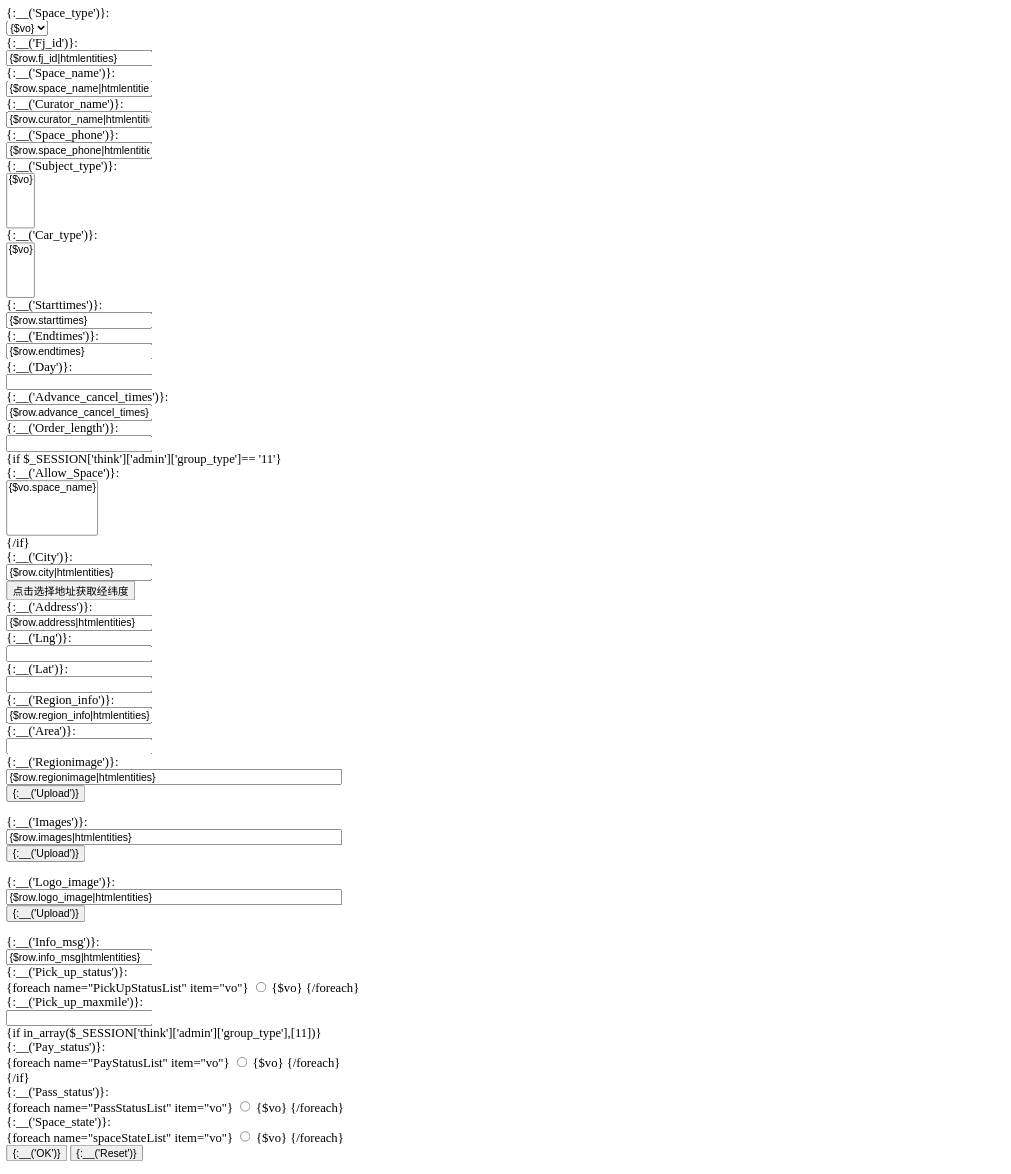
Repository: Akarin-Akari/xiaomaguantest
Page: application/admin/view/spaceconfig/space/edit.html
An editor plug-in stored every save of this project. The page is shown before and after the next save, followed by the edit.
The browser window is 1280 px wide. The pictures show the whole page, at 79% of full size.

Above is the page before, as saved 2024-01-24 17:52:41.

After the next save:
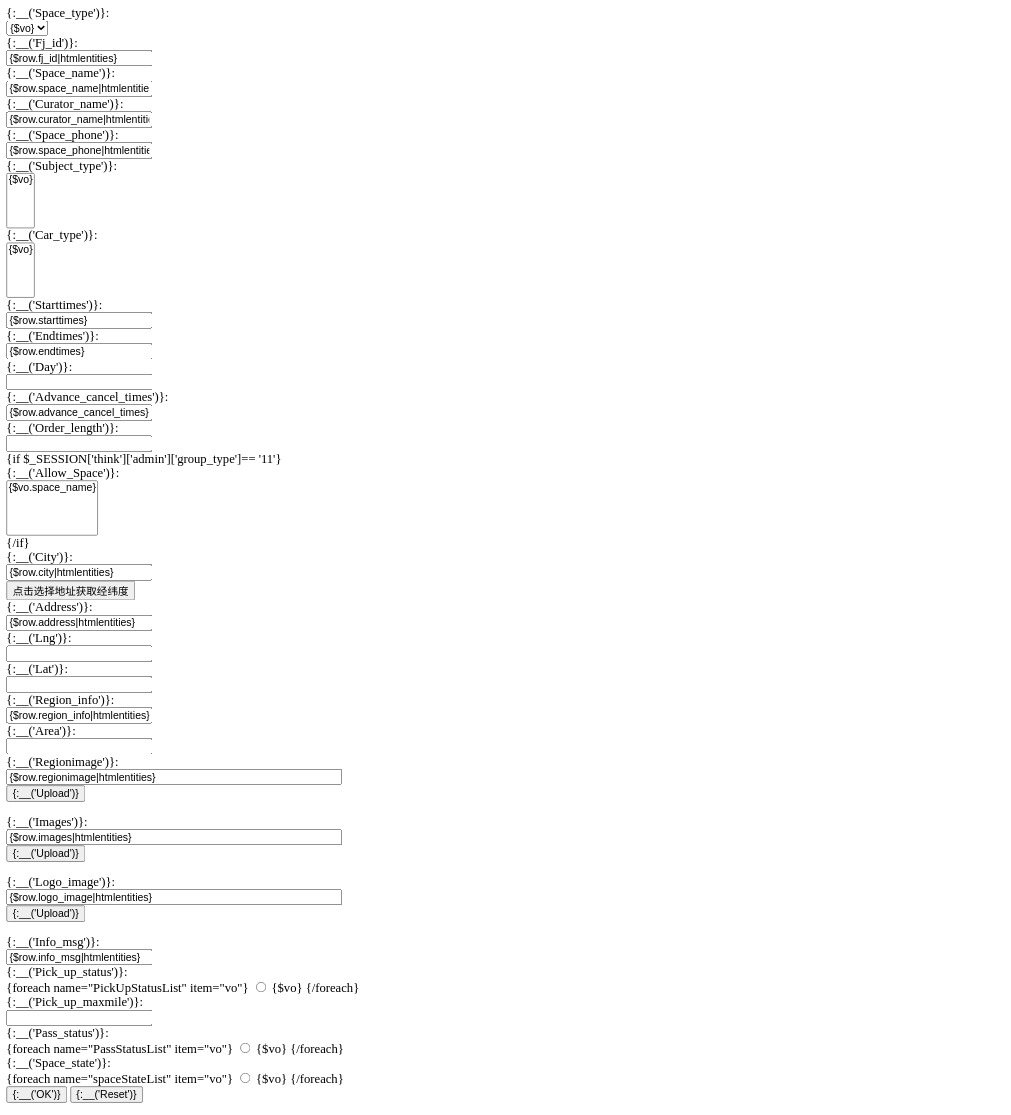
Saved 108 min 21 s later.
--- a/application/admin/view/spaceconfig/space/edit.html
+++ b/application/admin/view/spaceconfig/space/edit.html
@@ -259,20 +259,6 @@
         </div>
     </div>
 
-    {if in_array($_SESSION['think']['admin']['group_type'],[11])}
-    <div class="form-group">
-        <label class="control-label col-xs-12 col-sm-2">{:__('Pay_status')}:</label>
-        <div class="col-xs-12 col-sm-8">
-
-            <div class="radio">
-            {foreach name="PayStatusList" item="vo"}
-            <label for="row[pay_status]-{$key}"><input id="row[pay_status]-{$key}" name="row[pay_status]" type="radio" value="{$key}" {in name="key" value="$row.pay_status"}checked{/in} /> {$vo}</label>
-            {/foreach}
-            </div>
-        </div>
-    </div>
-
-    {/if}
 
     <div class="form-group">
         <label class="control-label col-xs-12 col-sm-2">{:__('Pass_status')}:</label>
